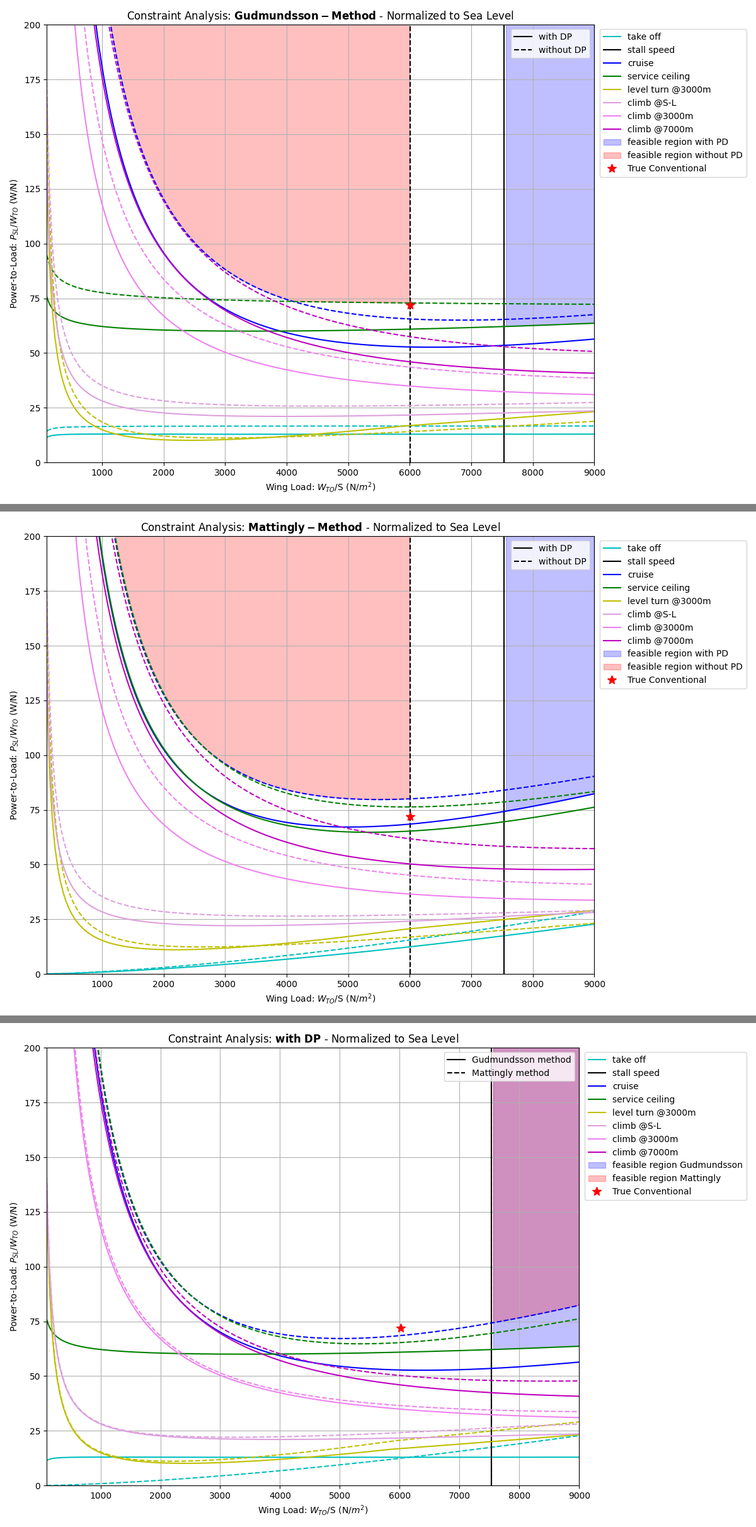
Repository: 12libao/DEA
Script's output: python Sizing_Method/ConstrainsAnalysis/ConstrainsAnalysisPD.py
These files come from the project's save history. The script's output is drawn as it stood at one moment and after a run of saves; the edit follows.
The pictures are shown at 63% of full size.
Each picture stacks the figures in order, with grey between them; figures that are only written to a file come last. Random numbers start from a fixed seed.

Above is the script's output before, as saved 2021-07-14 15:56:29.

### Sizing_Method/ConstrainsAnalysis/ConstrainsAnalysisPD.py
# author: Bao Li #
# Georgia Institute of Technology #
import sys
import os

sys.path.insert(0, os.getcwd())

import numpy as np
import matplotlib.pylab as plt
import Sizing_Method.Other.US_Standard_Atmosphere_1976 as atm
import Sizing_Method.Aerodynamics.ThrustLapse as thrust_lapse
import Sizing_Method.Aerodynamics.Aerodynamics as ad
import Sizing_Method.ConstrainsAnalysis.ConstrainsAnalysis as ca
from scipy.optimize import curve_fit

"""
The unit use is IS standard
"""
class ConstrainsAnalysis_Mattingly_Method_with_DP:
    """This is a power-based master constraints analysis"""

    def __init__(self, altitude, velocity, beta, wing_load, Hp=0.2, number_of_motor=12, C_DR=0):
        """

        :param beta: weight fraction
        :param Hp: P_motor/P_total
        :param n: number of motor
        :param K1: drag polar coefficient for 2nd order term
        :param K2: drag polar coefficient for 1st order term
        :param C_D0: the drag coefficient at zero lift
        :param C_DR: additional drag caused, for example, by external stores,
        braking parachutes or flaps, or temporary external hardware

        :return:
            power load: P_WTO
        """

        self.h = altitude
        self.v = velocity
        self.rho = atm.atmosphere(geometric_altitude=self.h).density()

        self.beta = beta
        self.hp = Hp
        self.n = number_of_motor

        # power lapse ratio
        self.alpha = thrust_lapse.thrust_lapse_calculation(altitude=self.h,
                                                           velocity=self.v).high_bypass_ratio_turbofan()

        self.k1 = ad.aerodynamics_without_pd(self.h, self.v).K1()
        self.k2 = ad.aerodynamics_without_pd(self.h, self.v).K2()
        self.cd0 = ad.aerodynamics_without_pd(self.h, self.v).CD_0()
        self.cdr = C_DR

        self.w_s = wing_load
        self.g0 = 9.80665

        self.coefficient = (1 - self.hp) * self.beta * self.v / self.alpha

        # Estimation of ΔCL and ΔCD
        pd = ad.aerodynamics_with_pd(self.h, self.v, Hp=self.hp, n=self.n, W_S=self.w_s)
        self.q = 0.5 * self.rho * self.v ** 2
        self.cl = self.beta * self.w_s / self.q
        # print(self.cl)
        self.delta_cl = pd.delta_lift_coefficient(self.cl)
        self.delta_cd0 = pd.delta_CD_0()

    def master_equation(self, n, dh_dt, dV_dt):
        cl = self.cl * n + self.delta_cl

        cd = self.k1 * cl ** 2 + self.k2 * cl + self.cd0 + self.cdr + self.delta_cd0
        p_w = self.coefficient * (self.q / (self.beta * self.w_s) * cd + dh_dt / self.v + dV_dt / self.g0)
        return p_w

    def cruise(self):
        p_w = ConstrainsAnalysis_Mattingly_Method_with_DP.master_equation(self, n=1, dh_dt=0, dV_dt=0)
        return p_w

    def climb(self, roc):
        p_w = ConstrainsAnalysis_Mattingly_Method_with_DP.master_equation(self, n=1, dh_dt=roc, dV_dt=0)
        return p_w

    def level_turn(self, turn_rate=3, v=100):
        """
        assume 2 min for 360 degree turn, which is 3 degree/seconds
        assume turn at 300 knots, which is about 150 m/s
        """
        load_factor = (1 + ((turn_rate * np.pi / 180) * v / self.g0) ** 2) ** 0.5
        p_w = ConstrainsAnalysis_Mattingly_Method_with_DP.master_equation(self, n=load_factor, dh_dt=0, dV_dt=0)
        return p_w

    def take_off(self):
        """
        A320neo take-off speed is about 150 knots, which is about 75 m/s
        required runway length is about 2000 m
        K_TO is a constant greater than one set to 1.2 (generally specified by appropriate flying regulations)
        """
        Cl_max_to = 2.3  # 2.3
        K_TO = 1.2  # V_TO / V_stall
        s_G = 1266
        p_w = 2 / 3 * self.coefficient / self.v * self.beta * K_TO ** 2 / (
                    s_G * self.rho * self.g0 * Cl_max_to) * self.w_s ** (
                      3 / 2)
        return p_w

    def stall_speed(self, V_stall_to=65, Cl_max_to=2.32):
        V_stall_ld = 62
        Cl_max_ld = 2.87

        a = 10
        w_s = 6000
        while a >= 1:
            cl = self.beta * w_s / self.q
            delta_cl = ad.aerodynamics_with_pd(self.h, self.v, Hp=self.hp, n=self.n, W_S=w_s).delta_lift_coefficient(cl)

            W_S_1 = 1 / 2 * self.rho * V_stall_to ** 2 * (Cl_max_to + delta_cl)
            W_S_2 = 1 / 2 * self.rho * V_stall_ld ** 2 * (Cl_max_ld + delta_cl)
            W_S = min(W_S_1, W_S_2)
            a = abs(w_s-W_S)
            w_s = W_S

        return W_S

    def service_ceiling(self, roc=0.5):
        p_w = ConstrainsAnalysis_Mattingly_Method_with_DP.master_equation(self, n=1, dh_dt=roc, dV_dt=0)
        return p_w

    allFuncs = [take_off, stall_speed, cruise, service_ceiling, level_turn, climb]


class ConstrainsAnalysis_Gudmundsson_Method_with_DP:
    """This is a power-based master constraints analysis based on Gudmundsson_method"""

    def __init__(self, altitude, velocity, beta, wing_load, Hp=0.2, number_of_motor=12, e=0.75, AR=10.3):
        """

        :param tau: power fraction of i_th power path
        :param beta: weight fraction
        :param e: wing planform efficiency factor is between 0.75 and 0.85, no more than 1
        :param AR: wing aspect ratio, normally between 7 and 10

        :return:
            power load: P_WTO
        """

        self.h = altitude
        self.v = velocity
        self.beta = beta
        self.w_s = wing_load
        self.g0 = 9.80665

        self.hp = Hp
        self.n = number_of_motor

        self.rho = atm.atmosphere(geometric_altitude=self.h).density()

        # power lapse ratio
        self.alpha = thrust_lapse.thrust_lapse_calculation(altitude=self.h,
                                                           velocity=self.v).high_bypass_ratio_turbofan()
        h = 2.43  # height of winglets
        b = 35.8
        ar_corr = AR * (1 + 1.9 * h / b)  # equation 9-88, If the wing has winglets the aspect ratio should be corrected
        self.k = 1 / (np.pi * ar_corr * e)
        self.coefficient = (1-self.hp) * self.beta * self.v / self.alpha

        # Estimation of ΔCL and ΔCD
        pd = ad.aerodynamics_with_pd(self.h, self.v, Hp=self.hp, n=self.n, W_S=self.w_s)
        self.q = 0.5 * self.rho * self.v ** 2
        cl = self.beta * self.w_s / self.q
        self.delta_cl = pd.delta_lift_coefficient(cl)
        self.delta_cd0 = pd.delta_CD_0()

        # TABLE 3-1 Typical Aerodynamic Characteristics of Selected Classes of Aircraft
        cd_min = 0.02
        cd_to = 0.03
        cl_to = 0.8

        self.v_to = 68
        self.s_g = 1480
        self.mu = 0.04

        self.cd_min = cd_min + self.delta_cd0
        self.cl = cl + self.delta_cl

        self.cd_to = cd_to + self.delta_cd0
        self.cl_to = cl_to + self.delta_cl

    def cruise(self):
        p_w = self.q / self.w_s * (self.cd_min + self.k * self.cl ** 2)
        return p_w * self.coefficient

    def climb(self, roc):
        p_w = roc / self.v + self.q * self.cd_min / self.w_s + self.k * self.cl
        return p_w * self.coefficient

    def level_turn(self, turn_rate=3, v=100):
        """
        assume 2 min for 360 degree turn, which is 3 degree/seconds
        assume turn at 100 m/s
        """
        load_factor = (1 + ((turn_rate * np.pi / 180) * v / self.g0) ** 2) ** 0.5
        q = 0.5 * self.rho * v ** 2
        p_w = q / self.w_s * (self.cd_min + self.k * (load_factor / q * self.w_s + self.delta_cl) ** 2)
        return p_w * self.coefficient

    def take_off(self):
        q = self.q / 2
        p_w = self.v_to ** 2 / (2 * self.g0 * self.s_g) + q * self.cd_to / self.w_s + self.mu * (
                1 - q * self.cl_to / self.w_s)
        return p_w * self.coefficient

    def service_ceiling(self, roc=0.5):
        vy = (2 / self.rho * self.w_s * (self.k / (3 * self.cd_min)) ** 0.5) ** 0.5
        q = 0.5 * self.rho * vy ** 2
        p_w = roc / vy + q / self.w_s * (self.cd_min + self.k * (self.w_s / q + self.delta_cl) ** 2)
        # p_w = roc / (2 / self.rho * self.w_s * (self.k / (3 * self.cd_min)) ** 0.5) ** 0.5 + 4 * (
        #         self.k * self.cd_min / 3) ** 0.5
        return p_w * self.coefficient

    def stall_speed(self, V_stall_to=65, Cl_max_to=2.32):
        V_stall_ld = 62
        Cl_max_ld = 2.87

        a = 10
        w_s = 6000
        while a >= 1:
            cl = self.beta * w_s / self.q
            delta_cl = ad.aerodynamics_with_pd(
                self.h, self.v, Hp=self.hp, n=self.n, W_S=w_s).delta_lift_coefficient(cl)

            W_S_1 = 1 / 2 * self.rho * V_stall_to ** 2 * (Cl_max_to + delta_cl)
            W_S_2 = 1 / 2 * self.rho * V_stall_ld ** 2 * (Cl_max_ld + delta_cl)
            W_S = min(W_S_1, W_S_2)
            a = abs(w_s-W_S)
            w_s = W_S

        return W_S

    allFuncs = [take_off, stall_speed, cruise, service_ceiling, level_turn, climb]


if __name__ == "__main__":
    n = 200
    w_s = np.linspace(100, 9000, n)
    constrains_name = ['take off', 'stall speed', 'cruise', 'service ceiling', 'level turn @3000m',
                       'climb @S-L', 'climb @3000m', 'climb @7000m']
    constrains = np.array([[0, 68, 0.988], [0, 80, 1], [11300, 230, 0.948],
                           [11900, 230, 0.8], [3000, 100, 0.984], [0, 100, 0.984],
                           [3000, 200, 0.975], [7000, 230, 0.96]])
    color = ['c', 'k', 'b', 'g', 'y', 'plum', 'violet', 'm']
    label = ['feasible region with PD', 'feasible region with PD', 'feasible region Gudmundsson',
             'feasible region without PD', 'feasible region without PD', 'feasible region Mattingly']
    m = constrains.shape[0]
    p_w = np.zeros([2 * m, n])

    for k in range(3):
        plt.figure(figsize=(12, 8))
        for i in range(m):
            for j in range(n):
                h = constrains[i, 0]
                v = constrains[i, 1]
                beta = constrains[i, 2]

                if k == 0:
                    problem1 = ConstrainsAnalysis_Gudmundsson_Method_with_DP(h, v, beta, w_s[j])
                    problem2 = ca.ConstrainsAnalysis_Gudmundsson_Method(h, v, beta, w_s[j])
                    plt.title(r'Constraint Analysis: $\bf{Gudmundsson-Method}$ - Normalized to Sea Level')
                elif k == 1:
                    problem1 = ConstrainsAnalysis_Mattingly_Method_with_DP(h, v, beta, w_s[j])
                    problem2 = ca.ConstrainsAnalysis_Mattingly_Method(h, v, beta, w_s[j])
                    plt.title(r'Constraint Analysis: $\bf{Mattingly-Method}$ - Normalized to Sea Level')
                else:
                    problem1 = ConstrainsAnalysis_Gudmundsson_Method_with_DP(h, v, beta, w_s[j])
                    problem2 = ConstrainsAnalysis_Mattingly_Method_with_DP(h, v, beta, w_s[j])
                    plt.title(r'Constraint Analysis: $\bf{with}$ $\bf{DP}$ - Normalized to Sea Level')

                if i >= 5:
                    p_w[i, j] = problem1.allFuncs[-1](problem1, roc=15 - 5 * (i - 5))
                    p_w[i + m, j] = problem2.allFuncs[-1](problem2, roc=15 - 5 * (i - 5))
                else:
                    p_w[i, j] = problem1.allFuncs[i](problem1)
                    p_w[i + m, j] = problem2.allFuncs[i](problem2)

            if i == 1:
                l1a, = plt.plot(p_w[i, :], np.linspace(0, 250, n), color=color[i], label=constrains_name[i])
                l1b, = plt.plot(p_w[i + m, :], np.linspace(0, 250, n), color=color[i], linestyle='--')

                if k != 2:
                    l1 = plt.legend([l1a, l1b], ['with DP', 'without DP'], loc="upper right")
                else:
                    l1 = plt.legend([l1a, l1b], ['Gudmundsson method', 'Mattingly method'], loc="upper right")

            else:
                plt.plot(w_s, p_w[i, :], color=color[i], label=constrains_name[i])
                plt.plot(w_s, p_w[i + m, :], color=color[i], linestyle='--')

            def func(x, a0, a1, a2, a3, a4, a5, a6, a7, a8, a9, a10):
                f = a0 + a1*x + a2*x**2 + a3*x**3 + a4*x**4 + a5 * \
                    np.sin(x) + a6*np.cos(x) + a7*x**5 + \
                    a8*x**6 + a9*x**7 + a10*x**8
                return f

            if i == 1:
                xdata, ydata = p_w[i, :], np.linspace(0, 250, n)
                popt, _ = curve_fit(func, xdata, ydata)
                p_w[i, :] = func(w_s, popt[0], popt[1], popt[2],
                                 popt[3], popt[4], popt[5], popt[6], popt[7], popt[8], popt[9], popt[10])

        if k != 2:
            p_w[1+m, :] = 10 ** 10 * (w_s - p_w[1+m, 0]-10)
        else:
            def func(x, a0, a1, a2, a3, a4, a5, a6, a7, a8, a9, a10):
                f = a0 + a1*x + a2*x**2 + a3*x**3 + a4*x**4 + a5 * \
                    np.sin(x) + a6*np.cos(x) + a7*x**5 + \
                    a8*x**6 + a9*x**7 + a10*x**8
                return f

            xdata, ydata = p_w[m+1, :], np.linspace(0, 250, n)
            popt, _ = curve_fit(func, xdata, ydata)
            p_w[1+m, :] = func(w_s, popt[0], popt[1], popt[2],
                             popt[3], popt[4], popt[5], popt[6], popt[7], popt[8], popt[9], popt[10])
        w_s = np.linspace(100, 9000, n)
        plt.fill_between(w_s, np.amax(p_w[0:m, :], axis=0), 200, color='b', alpha=0.25,
                         label=label[k])
        plt.fill_between(w_s, np.amax(p_w[m:2 * m, :], axis=0), 200, color='r', alpha=0.25,
                         label=label[k + 3])
        plt.plot(6012, 72, 'r*', markersize=10, label='True Conventional')
        plt.xlabel('Wing Load: $W_{TO}$/S (N/${m^2}$)')
        plt.ylabel('Power-to-Load: $P_{SL}$/$W_{TO}$ (W/N)')
        plt.legend(bbox_to_anchor=(1.002, 1), loc="upper left")
        plt.gca().add_artist(l1)
        plt.xlim(100, 9000)
        plt.ylim(0, 200)
        plt.tight_layout()
        plt.grid()
        plt.show()

### Sizing_Method/Other/US_Standard_Atmosphere_1976.py
# author: Bao Li #
# Georgia Institute of Technology #
"""Reference:

1: U.S. Standard Atmosphere, 1976, U.S. Government Printing Office, Washington, D.C., 1976.
2: Mattingly, Jack D., William H. Heiser, and David T. Pratt. Aircraft engine design. American Institute of Aeronautics and Astronautics, 2002.
3: https://en.wikipedia.org/wiki/U.S._Standard_Atmosphere
4: https://en.wikipedia.org/wiki/Barometric_formula
"""

import numpy as np
import matplotlib.pylab as plt


class atmosphere:
    """this is the U.S. Standard Atmosphere 1976 based on the Barometric formula

    1: All of the following is limited to geometric altitudes below 86 km
    2: SI Units
    """

    def __init__(self, geometric_altitude):
        """
        :input h (m): geometric altitude

        :output P (Pa = N/m^2): pressure
                T (K): temperature
                rho (kg/m^3): density
                a (m/s): sound speed

                delta: dimensionless static pressure = P/P0
                theta: dimensionless static temperature = T/T0
                sigma: dimensionless static density = rho/rho0
        """

        # input:
        self.h = geometric_altitude

        # constant:
        self.r0 = 6356577.0  # the earth's radius (m)
        self.R_star = 8.3144598  # universal gas constant (J/mol.K)
        self.g0 = 9.80665  # gravitational acceleration (m/s^2)
        self.M = 0.0289644  # molar mass of Earth's air (kg/mol)

        # sea level (standard)
        self.T0 = 288.15  # sea level temperature (K)
        self.P0 = 101325  # sea level pressure (N/m^2)
        self.rho0 = 1.225  # sea level density (kg/m^3)
        self.a0 = 340.3  # sea level sound speed (m/s)

        # temperature lapse rate (K/m)
        self.lapse_rate = np.array([-0.0065, 0.0, 0.001, 0.0028, 0.0, -0.0028, -0.002])
        # height above sea level for each lapse rate (m)
        self.zi = np.array([0.0, 11000.0, 20000.0, 32000.0, 47000.0, 51000.0, 71000.0, 84853.0])
        # number of piecewise linear curve-fit
        self.n = len(self.lapse_rate)

    def geo_potential_altitude(self):
        z = self.r0 * self.h / (self.r0 + self.h)

        # decide the number of piecewise linear curve-fit
        i = 0
        while self.zi[i] < z:
            i = i + 1

        if i != 0:
            i = i - 1
        return z, i

    def ti(self):
        Ti = np.zeros(self.n)
        Ti[0] = self.T0

        for i in range(self.n - 1):
            Ti[i + 1] = Ti[i] + self.lapse_rate[i] * (self.zi[i + 1] - self.zi[i])
        return Ti

    def temperature(self):
        z, i = atmosphere.geo_potential_altitude(self)
        Ti = atmosphere.ti(self)
        T = Ti[i] + self.lapse_rate[i] * (z - self.zi[i])
        return T

    def pressure(self):
        Ti = atmosphere.ti(self)
        Pi = np.zeros(self.n)
        Pi[0] = self.P0

        for i in range(self.n - 1):
            if self.lapse_rate[i] != 0:
                Pi[i + 1] = Pi[i] * (Ti[i] / Ti[i + 1]) ** (self.g0 * self.M / (self.R_star * self.lapse_rate[i]))
            else:
                Pi[i + 1] = Pi[i] * np.exp(-self.g0 * self.M * (self.zi[i + 1] - self.zi[i]) / (self.R_star * Ti[i]))

        z, i = atmosphere.geo_potential_altitude(self)
        T = atmosphere.temperature(self)

        if self.lapse_rate[i] != 0:
            P = Pi[i] * (Ti[i] / T) ** (self.g0 * self.M / (self.R_star * self.lapse_rate[i]))
        else:
            P = Pi[i] * np.exp(-self.g0 * self.M * (z - self.zi[i]) / (self.R_star * Ti[i]))
        return P

    def density(self):
        P = atmosphere.pressure(self)
        T = atmosphere.temperature(self)
        rho = P * self.M / (self.R_star * T)
        return rho

    def sound_speed(self):
        T = atmosphere.temperature(self)
        a = self.a0 * (T / self.T0) ** 0.5
        return a

    def dimensionless_static_pressure(self):
        P = atmosphere.pressure(self)
        delta = P / self.P0
        return delta

    def dimensionless_static_temperature(self):
        T = atmosphere.temperature(self)
        theta = T / self.T0
        return theta

    def dimensionless_static_density(self):
        rho = atmosphere.density(self)
        sigma = rho / self.rho0
        return sigma


if __name__ == '__main__':
    nn = 1000

    h = np.linspace(0, 86000, nn)
    T = np.zeros(nn)
    P = np.zeros(nn)
    rho = np.zeros(nn)
    a = np.zeros(nn)

    for i in range(nn):
        prob = atmosphere(geometric_altitude=h[i])
        T[i] = prob.temperature()
        P[i] = prob.pressure()
        rho[i] = prob.density()
        a[i] = prob.sound_speed()

    fig, ax = plt.subplots(1, 4, figsize=(12, 10))
    st = fig.suptitle("U.S. STANDARD ATMOSPHERE (1976)", fontsize=20)

    ax[0].plot(T, h / 1000, 'b-', linewidth=1.5, label='cruise')
    ax[0].set_xlabel('Temperature: T (K)')
    ax[0].set_ylabel('Altitude: h (km)')

    ax[1].plot(a, h / 1000, 'y-', linewidth=1.5, label='turn')
    ax[1].set_xlabel('Sound Speed: a (m/s)')

    ax[2].plot(P, h / 1000, 'k-', linewidth=1.5, label='constant speed climb')
    ax[2].set_xlabel('Pressure: P (N/${m^2}$)')

    ax[3].plot(rho, h / 1000, 'g-', linewidth=1.5, label='turn')
    ax[3].set_xlabel('Density: rho (Kg/${m^3}$)')

    # shift subplots down:
    st.set_y(0.96)
    fig.subplots_adjust(top=0.90)
    plt.show()

### Sizing_Method/Aerodynamics/ThrustLapse.py
# author: Bao Li #
# Georgia Institute of Technology #
"""reference

1. Mattingly, Jack D., William H. Heiser, and David T. Pratt. Aircraft engine design. American Institute of Aeronautics and Astronautics, 2002.
"""
import sys
import os

sys.path.insert(0, os.getcwd())

import numpy as np
import matplotlib.pylab as plt
import Sizing_Method.Other.US_Standard_Atmosphere_1976 as atm
import Sizing_Method.Aerodynamics.MachNmuber as Mach


class thrust_lapse_calculation:
    """Estimation for installation losses

    1. The following algebraic equations for installed engine thrust lapse
        are based on the expected performance of advanced engines
    """

    def __init__(self, altitude, velocity):
        """

        :input h (m): altitude
               v (m/s): velocity


        :output thrust_lapse (alpha): thrust lapse ratio
        """

        self.h = altitude
        self.v = velocity

        self.gamma = 1.4  # Ratio of Specific Heats: atmospheric air ( gamma = 1.4)
        self.atoms = atm.atmosphere(self.h)
        self.M = Mach.mach(self.h, self.v).mach_number()

        self.theta = self.atoms.dimensionless_static_temperature()  # dimensionless static temperature
        self.delta = self.atoms.dimensionless_static_pressure()  # dimensionless static pressure

        self.theta_0_break = 1.072  # The Theta Break: assume = 1.0 (from reference 1: Mattingly)
        self.TR = self.theta_0_break  # The Throttle Ratio (from Equation D.6 reference 1: Mattingly)

        self.theta_0 = self.theta * (1 + 0.5 * (self.gamma - 1) * self.M ** 2)
        self.delta_0 = self.delta * (1 + 0.5 * (self.gamma - 1) * self.M ** 2) ** (self.gamma / (self.gamma - 1))

    def high_bypass_ratio_turbofan(self):
        """the engine for A320neo is a high bypass ratio turbofan

        from Equation 2.53 reference 1: Mattingly
        """

        if self.theta_0 <= self.TR:
            thrust_lapse = self.delta_0 * (1 - 0.49 * self.M ** 0.5)
        else:
            thrust_lapse = self.delta_0 * (1 - 0.49 * self.M ** 0.5 - 3 * (self.theta_0 - self.TR) / (1.5 + self.M))

        return thrust_lapse


if __name__ == '__main__':
    nn = 100
    h = [0, 500, 3000, 6000, 9000, 12000]
    v = np.linspace(0, 340, nn)
    m = np.zeros([len(h), nn])
    thrust_lapse = np.zeros([len(h), nn])

    for i in range(len(h)):
        for j in range(nn):
            m[i, j] = Mach.mach(h[i], v[j]).mach_number()
            thrust_lapse[i, j] = thrust_lapse_calculation(h[i], v[j]).high_bypass_ratio_turbofan()

    plt.figure(figsize=(8, 6))

    for i in range(len(h)):
        plt.plot(m[i, :], thrust_lapse[i, :], label=h[i])

    plt.xlabel('Mach Number')
    plt.ylabel('Thrust Ratio, T/$T_{SL}$')
    plt.title('High Bypass Turbofan Thrust Ratio versus Mach Number \n'
              'Throttle Ratio = 1.072, ISA. \n'
              'Altitude unit: meter')
    plt.xlim(0, 1)
    plt.ylim(0, 1.2)
    plt.legend(loc=0)
    plt.grid()
    plt.show()

### Sizing_Method/Aerodynamics/MachNmuber.py
# author: Bao Li #
# Georgia Institute of Technology #
import sys
import os

sys.path.insert(0, os.getcwd())

import numpy as np
import matplotlib.pylab as plt
import Sizing_Method.Other.US_Standard_Atmosphere_1976 as atm


class mach:
    """Mach Number"""

    def __init__(self, altitude, velocity):
        """

        :input h (m): altitude
               v (m/s): velocity

        :output a: Mach number
        """
        self.h = altitude
        self.v = velocity
        self.atoms = atm.atmosphere(self.h)

    def mach_number(self):
        a = self.v / self.atoms.sound_speed()
        return a

Loaded but not shown: Sizing_Method/ConstrainsAnalysis/ConstrainsAnalysis.py (274 lines, source omitted); Sizing_Method/Aerodynamics/Aerodynamics.py (177 lines, source omitted)

After the next 4 saves:
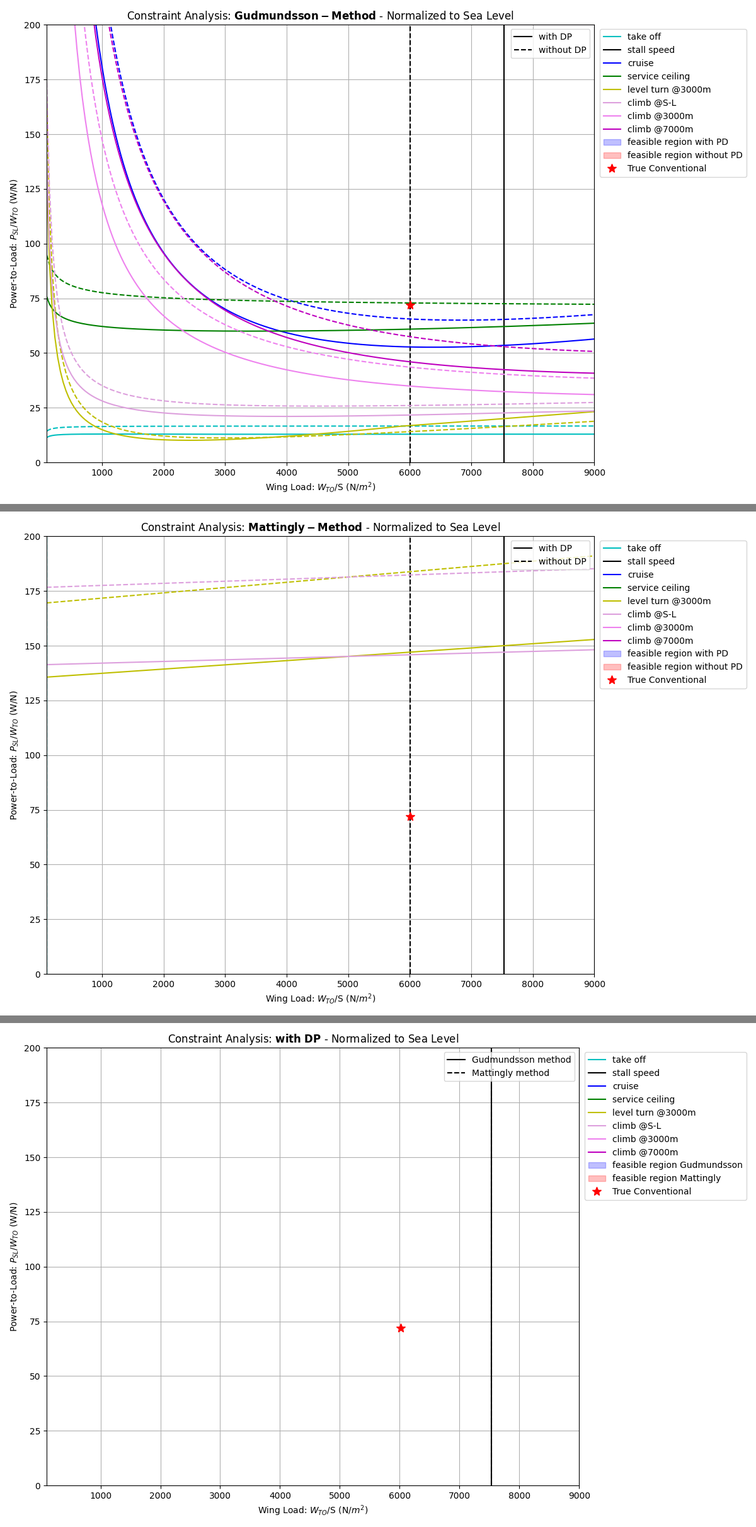
The 4 saves are shown as one change because 2 did not build or start and some came seconds apart.
The last was saved 76 s later.
--- a/Sizing_Method/ConstrainsAnalysis/ConstrainsAnalysisPD.py
+++ b/Sizing_Method/ConstrainsAnalysis/ConstrainsAnalysisPD.py
@@ -319,7 +319,7 @@ if __name__ == "__main__":
             popt, _ = curve_fit(func, xdata, ydata)
             p_w[1+m, :] = func(w_s, popt[0], popt[1], popt[2],
                              popt[3], popt[4], popt[5], popt[6], popt[7], popt[8], popt[9], popt[10])
-        w_s = np.linspace(100, 9000, n)
+        w_s = np.linspace(100, p_w[1, 1], n)
         plt.fill_between(w_s, np.amax(p_w[0:m, :], axis=0), 200, color='b', alpha=0.25,
                          label=label[k])
         plt.fill_between(w_s, np.amax(p_w[m:2 * m, :], axis=0), 200, color='r', alpha=0.25,
